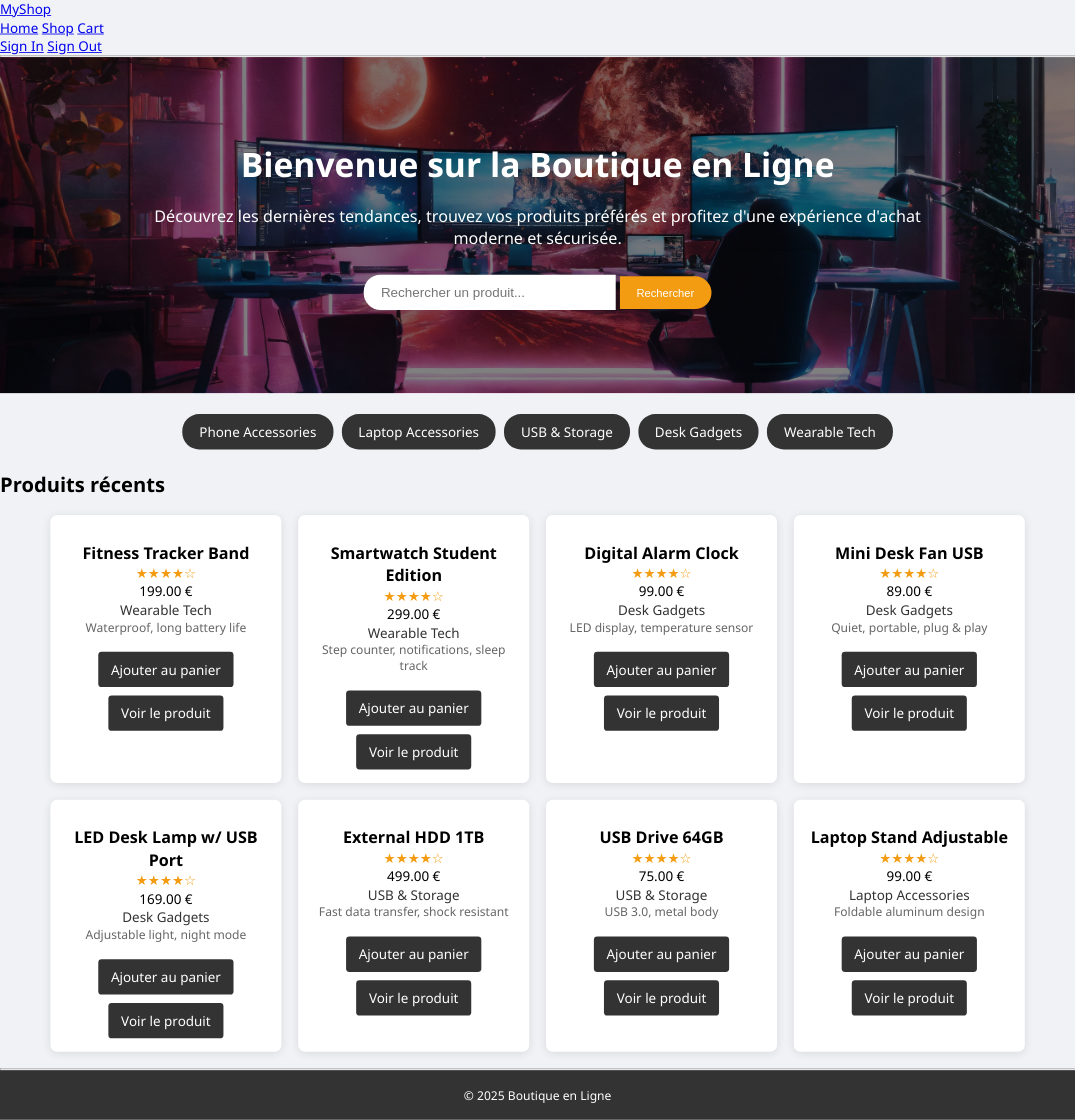
Repository: kiraj-walid/ecomerce
Page: http://localhost/
These files come from the project's save history. The page is drawn as it stood at one moment and after the next save; the edit follows.
The browser window is 1280 px wide. The pictures show the whole page, at 84% of full size.
The page is run by PHP 8.4 with error messages shown; the project is at /var/www/html/. The database holds what the project's SQL file puts in it. Queries for data that is not in the repository find no rows.

Above is the page before, as saved 2025-05-07 15:15:36.

After the next save:
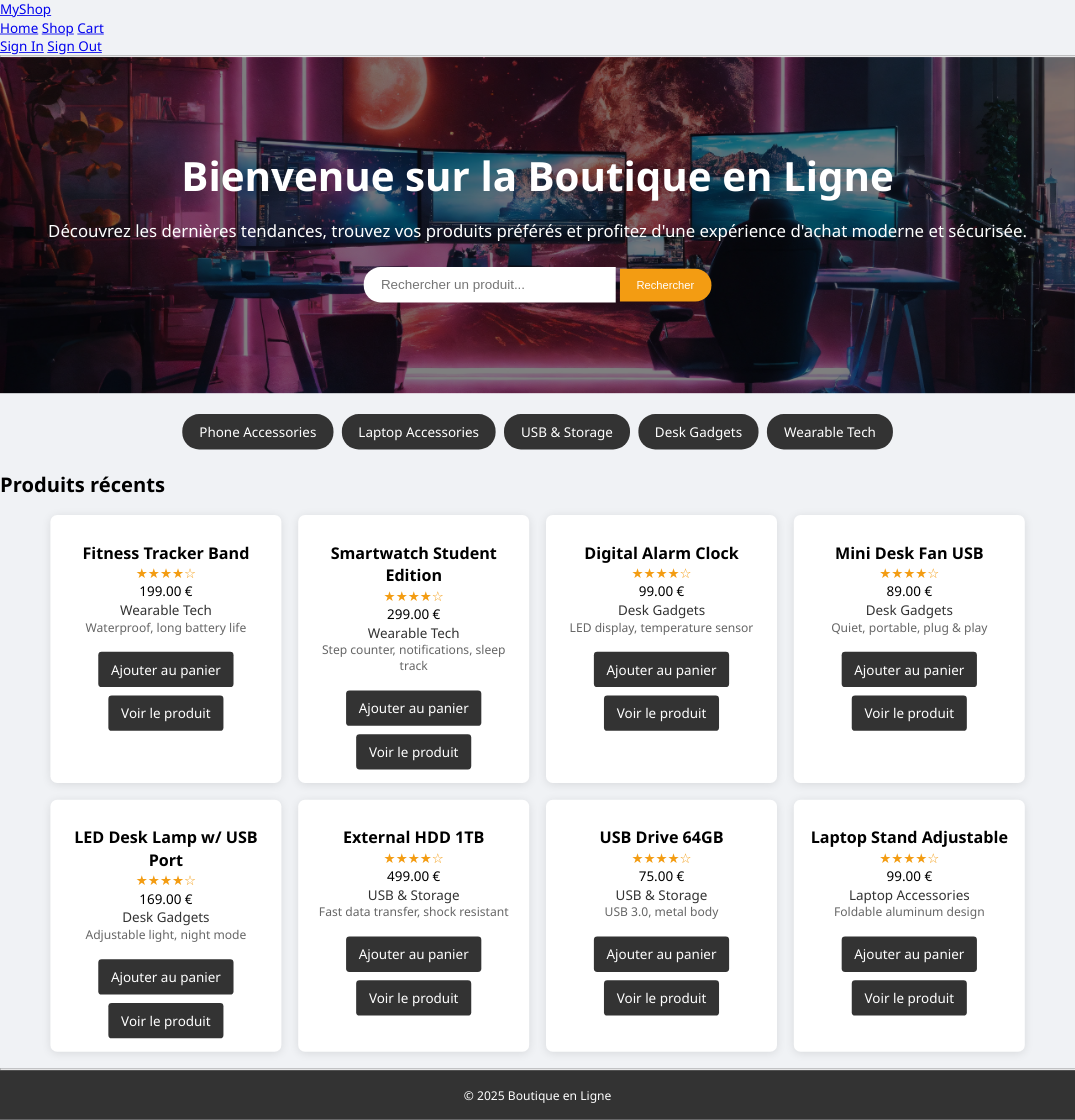
Saved 15 s later.
--- a/assets/css/style.css
+++ b/assets/css/style.css
@@ -22,7 +22,6 @@ body {
     justify-content: center;
     align-items: center;
     text-align: center;
-    overflow: hidden; /* Prevent image from going beyond the section */
 }
 
 .hero-overlay {
@@ -37,18 +36,15 @@ body {
 .hero-content {
     position: relative;
     z-index: 2;
-    padding: 20px;
-    max-width: 80%;
-    margin: 0 auto;
 }
 
 .hero-content h1 {
-    font-size: 2.5em;
+    font-size: 3em;
     margin-bottom: 20px;
 }
 
 .hero-content p {
-    font-size: 1.2em;
+    font-size: 1.25em;
     margin-bottom: 30px;
 }
 
